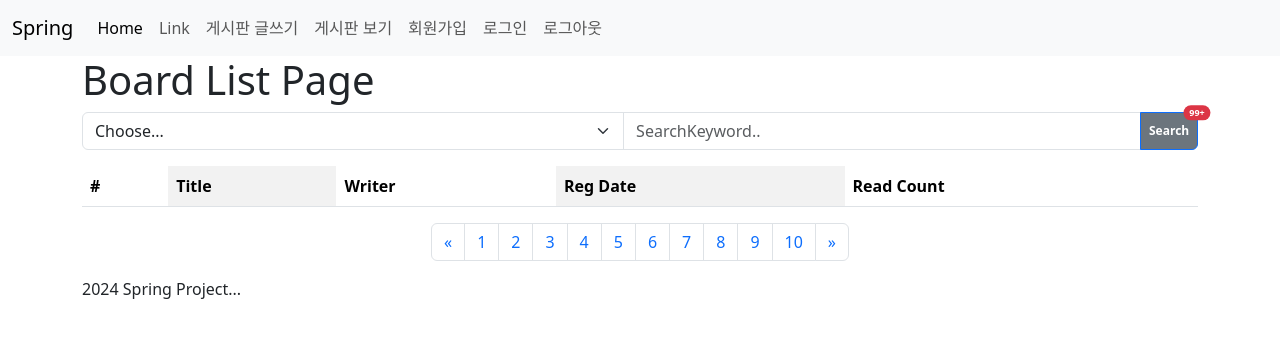
Repository: gajami-kim/240430_Spring_Study
Page: http://localhost/spring_study/WEB-INF/views/board/list.jsp
An editor plug-in stored every save of this project. The page is shown before and after the next save, followed by the edit.
The browser window is 1280 px wide. The pictures show the whole page.
The page is served by Tomcat 9. Nobody is signed in. The template is opened directly, without the code that normally fills it, so the values that code supplies are empty.

Above is the page before, as saved 2024-04-24 08:45:33.

### spring_study/src/main/webapp/WEB-INF/views/board/list.jsp
<%@ page language="java" contentType="text/html; charset=UTF-8"
    pageEncoding="UTF-8"%>
    <%@ taglib uri="http://java.sun.com/jsp/jstl/core" prefix="c" %>
<jsp:include page="../layout/header.jsp" />
<div class="container-sm">
	<h1>Board List Page</h1>

	<!-- 검색라인 -->
	<form action="">
		<div class="input-group mb-3">
		  <select class="form-select" id="inputGroupSelect02">
		    <option selected>Choose...</option>
		    <option value="t">Title</option>
		    <option value="w">Writer</option>
		    <option value="c">Content</option>
		  </select>
	  	<input type="text" class="form-control" aria-label="Text input with segmented dropdown button" name="keyword" placeholder="SearchKeyword..">
		<button type="button" class="btn btn-primary position-relative badge text-bg-secondary">
		  Search
		  <span class="position-absolute top-0 start-100 translate-middle badge rounded-pill bg-danger ">
		    99+
		    <span class="visually-hidden">unread messages</span>
		  </span>
		</button>
		</div>
	</form>
	<table class="table table-striped-columns">
		<thead>
			<tr>
				<th>#</th>
				<th>Title</th>
				<th>Writer</th>
				<th>Reg Date</th>
				<th>Read Count</th>
			</tr>
		</thead>
		<c:forEach items="${list }" var="bvo">
		<tbody>
			<tr>
				<td>${bvo.bno }</td>
				<td><a href="/board/detail?bno=${bvo.bno }">${bvo.title }</a></td>
				<td>${bvo.writer }</td>
				<td>${bvo.reg_date }</td>
				<td>${bvo.read_count }</td>
			</tr>
		</tbody>
		</c:forEach>
	</table>
	<!-- 페이지네이션 라인 -->
	<nav aria-label="Page navigation example">
	  <ul class="pagination justify-content-center">
	    <li class="page-item">
	      <a class="page-link" href="#" aria-label="Previous">
	        <span aria-hidden="true">&laquo;</span>
	      </a>
	    </li>
	    <c:forEach begin="1" end="10" var="i">
		    <li class="page-item"><a class="page-link" href="#">${i }</a></li>
	    </c:forEach>
	    <li class="page-item">
	      <a class="page-link" href="#" aria-label="Next">
	        <span aria-hidden="true">&raquo;</span>
	      </a>
	    </li>
	  </ul>
	</nav>
</div>
<jsp:include page="../layout/footer.jsp" />

### spring_study/src/main/webapp/WEB-INF/views/layout/header.jsp
<%@ page language="java" contentType="text/html; charset=UTF-8"
    pageEncoding="UTF-8"%>
<!DOCTYPE html>
<html>
<head>
<meta charset="UTF-8">
<title>header.jsp</title>
</head>
<link href="https://cdn.jsdelivr.net/npm/bootstrap@5.3.3/dist/css/bootstrap.min.css" rel="stylesheet" integrity="sha384-QWTKZyjpPEjISv5WaRU9OFeRpok6YctnYmDr5pNlyT2bRjXh0JMhjY6hW+ALEwIH" crossorigin="anonymous">
<script src="https://cdn.jsdelivr.net/npm/bootstrap@5.3.3/dist/js/bootstrap.bundle.min.js" integrity="sha384-YvpcrYf0tY3lHB60NNkmXc5s9fDVZLESaAA55NDzOxhy9GkcIdslK1eN7N6jIeHz" crossorigin="anonymous"></script>
<body>
<nav class="navbar navbar-expand-lg bg-body-tertiary">
  <div class="container-fluid">
    <a class="navbar-brand" href="#">Spring</a>
    <button class="navbar-toggler" type="button" data-bs-toggle="collapse" data-bs-target="#navbarSupportedContent" aria-controls="navbarSupportedContent" aria-expanded="false" aria-label="Toggle navigation">
      <span class="navbar-toggler-icon"></span>
    </button>
    <div class="collapse navbar-collapse" id="navbarSupportedContent">
      <ul class="navbar-nav me-auto mb-2 mb-lg-0">
        <li class="nav-item">
          <a class="nav-link active" aria-current="page" href="#">Home</a>
        </li>
        <li class="nav-item">
          <a class="nav-link" href="#">Link</a>
        </li>
        <li class="nav-item">
          <a class="nav-link" href="/board/register">게시판 글쓰기</a>
        </li>
        <li class="nav-item">
          <a class="nav-link" href="/board/list">게시판 보기</a>
        </li>
        <li class="nav-item">
          <a class="nav-link" href="#">회원가입</a>
        </li>
        <li class="nav-item">
          <a class="nav-link" href="#">로그인</a>
        </li>
        <li class="nav-item">
          <a class="nav-link" href="#">로그아웃</a>
        </li>
      </ul>
    </div>
  </div>
</nav>

### spring_study/src/main/webapp/WEB-INF/views/layout/footer.jsp
<%@ page language="java" contentType="text/html; charset=UTF-8"
    pageEncoding="UTF-8"%>

<div class="container-sm">
	2024 Spring Project...
</div>

</body>
</html>

After the next save:
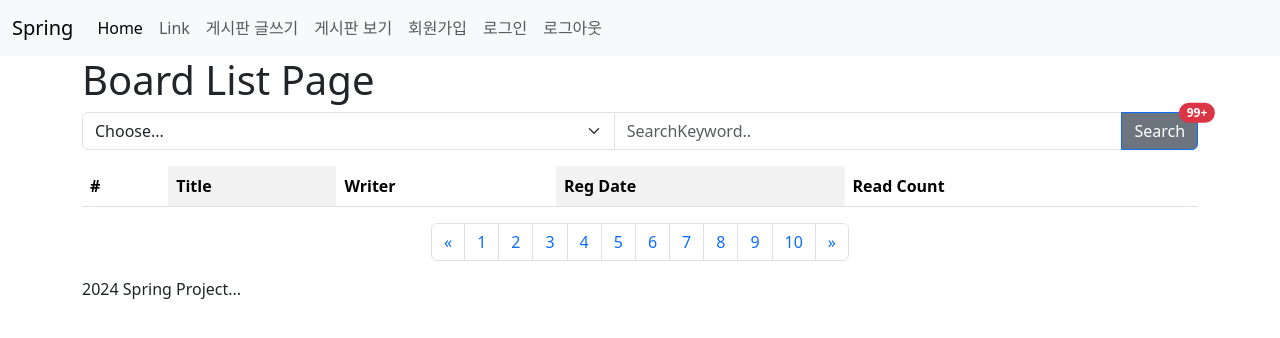
Saved 26 s later.
--- a/spring_study/src/main/webapp/WEB-INF/views/board/list.jsp
+++ b/spring_study/src/main/webapp/WEB-INF/views/board/list.jsp
@@ -15,7 +15,7 @@
 		    <option value="c">Content</option>
 		  </select>
 	  	<input type="text" class="form-control" aria-label="Text input with segmented dropdown button" name="keyword" placeholder="SearchKeyword..">
-		<button type="button" class="btn btn-primary position-relative badge text-bg-secondary">
+		<button type="button" class="btn btn-primary position-relative text-bg-secondary">
 		  Search
 		  <span class="position-absolute top-0 start-100 translate-middle badge rounded-pill bg-danger ">
 		    99+
